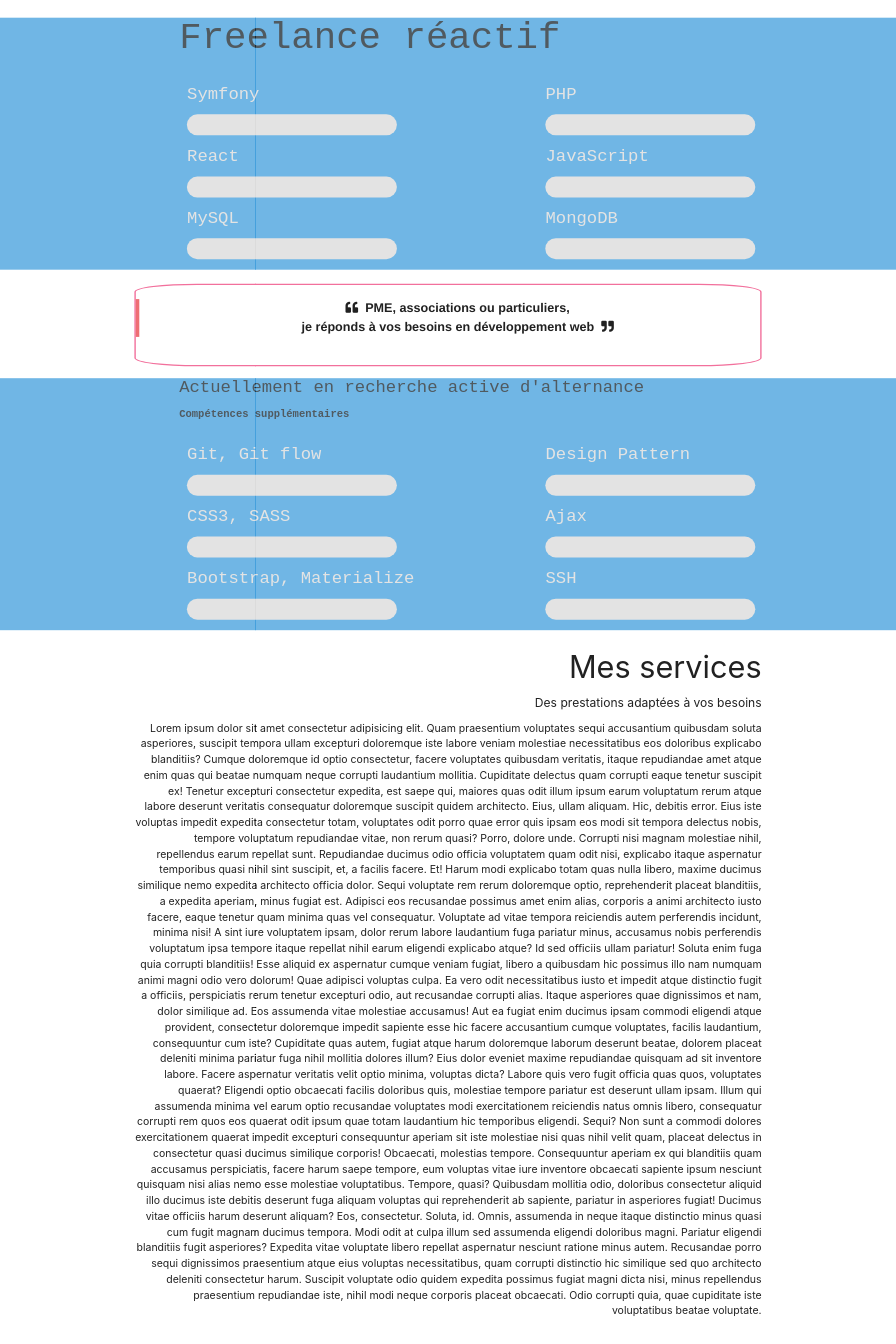
Repository: duncanidaho14/elhad
Page: index.html
An editor plug-in stored every save of this project. The page is shown before and after the next save, followed by the edit.
The browser window is 1280 px wide. The pictures show the part of the page from y = 1895 to 3815 px (the page is 3815 px tall), at 70% of full size.

Above is the page before, as saved 2020-10-25 11:10:50.

### index.html
<!DOCTYPE html>
<html lang="fr">
<head>
<meta charset="UTF-8">
<meta name="viewport" content="width=device-width, initial-scale=1.0">
<meta http-equiv="X-UA-Compatible" content="ie=edge">
<meta name="Description" content="Enter your description here"/>
<!--Import Google Icon Font-->
<link href="https://fonts.googleapis.com/icon?family=Material+Icons" rel="stylesheet">
<!-- Compiled and minified CSS -->
<link rel="stylesheet" href="https://cdnjs.cloudflare.com/ajax/libs/materialize/1.0.0/css/materialize.min.css">

<link rel="stylesheet" href="https://cdnjs.cloudflare.com/ajax/libs/font-awesome/5.15.0/css/all.min.css">
<link rel="stylesheet" href="assets/css/style.css">
<title>CV Elhadi Beddarem</title>
</head>
<body>


    <header>
        <div class="loader">
            <div class="progress">
                <div class="indeterminate"></div>
            </div>
            <div class="preloader-wrapper big active">
                <div class="spinner-layer spinner-blue-only">
                    <div class="circle-clipper left">
                        <div class="circle"></div>
                    </div>
                    <div class="gap-patch">
                        <div class="circle"></div>
                    </div>
                    <div class="circle-clipper right">
                        <div class="circle"></div>
                    </div>
                </div>
            </div>
            <div class="preloader-wrapper big active">
                <div class="spinner-layer spinner-blue-only">
                    <div class="circle-clipper left">
                        <div class="circle"></div>
                    </div>
                    <div class="gap-patch">
                        <div class="circle"></div>
                    </div>
                    <div class="circle-clipper right">
                        <div class="circle"></div>
                    </div>
                </div>
            </div>
            <div class="pre-loaded">

            </div>
        </div>
        <div class="progress">
            <div class="indeterminate"></div>
        </div>


        <nav>
            <div class="nav-wrapper">
                <a href="#!" class="brand-logo">Logo</a>
                <a href="#" data-target="mobile-demo" class="sidenav-trigger"><i class="material-icons">menu</i></a>
                <ul class="right hide-on-med-and-down">
                    <li><a href="quisuisje.html">Qui suis-je ?</a></li>
                    <li><a href="techno.html">Techno</a></li>
                    <li><a href="veilletechno.html">Veille Techno</a></li>
                    <li><a href="contact.html">Contact</a></li>
                </ul>
            </div>
        </nav>

        <ul class="sidenav" id="mobile-demo">
            <li><a href="quisuisje.html">Qui suis-je ?</a></li>
            <li><a href="techno.html">Techno</a></li>
            <li><a href="veilletechno.html">Veille Techno</a></li>
            <li><a href="contact.html">Contact</a></li>
        </ul>

        <ul id="slide-out" class="sidenav">
            <li>
                <div class="user-view">
                    <div class="background">
                        <img src="/assets/img/mysql.png" class="circle">
                    </div>
                    <a href="#user"><img class="circle" src="/assets/img/git.png"></a>
                    <a href="#name"><span class="black-text name">Elhadi Beddarem</span></a>
                    <a href="#email"><span class="black-text email">elhadibeddarem@gmail.com</span></a>
                </div>
            </li>
            <li><a href="https://codeintheshell.fr" target="_blank"><i class="material-icons">cloud</i>Autre site : codeintheshell.fr</a></li>
            <li><a href="https://shtex.fr/">Autre site : shtex.fr</a></li>
            <li><a href="http://shtexworld.fr/">Autre site : shtexworld.fr</a></li>
            <li>
                <div class="divider"></div>
            </li>
            <li><a class="subheader">séparateur</a></li>
            <li><a class="waves-effect" href="#!">Download CV</a></li>
        </ul>
        <a href="#" data-target="slide-out" class="sidenav-trigger"><i class="material-icons">menu</i></a>
    </header>

    <section>
        <figure>
            <div class="parallax-container">
                <div class="parallax"><img src="/assets/img/code.jpg"></div>
            </div>
            <div class="section white">
                <div class="row container">
                    <h1 class="header">Développeur d'application web et mobile</h1>
                    <p class="grey-text text-darken-3 lighten-3">En reconversion professionnelle, autodidacte et passionné. Fort d'une expérience de 4 ans dans le web, j'ai acquis de nombreuses compétences en PHP et JavaScript ...</p>
                    <div class="carousel">
                        <a class="carousel-item" href="#one!"><img src="/assets/img/symfony.png"></a>
                        <a class="carousel-item" href="#two!"><img src="/assets/img/react.png"></a>
                        <a class="carousel-item" href="#three!"><img src="/assets/img/mysql.png"></a>
                        <a class="carousel-item" href="#four!"><img src="/assets/img/git.png"></a>
                        <a class="carousel-item" href="#five!"><img src="/assets/img/javascript.png"></a>
                    </div>
                </div>
            </div>
            <div class="parallax-container">
                <div class="parallax"><img src="/assets/img/code.jpg"></div>
            </div>

        </figure>
        <!-- <div class="anchorUp" onmouseover="afficher();"></div> -->
    </section>

    <section class="container-fluid section1">
        <article class="row article-progress">
                <h2>Freelance réactif</h2>
                <div class="col s6">
                    <h5 class="title-five">Symfony</h5>
                    <div class="progress bar up">
                        <div class="determinate symfony" data-done="70">70%</div>
                    </div>
                    <h5 class="title-five">React</h5>
                    <div class="progress bar up">
                        <div class="determinate react" data-done="50">50%</div>
                    </div>
                    <h5 class="title-five">MySQL</h5>
                    <div class="progress bar up">
                        <div class="determinate mysql" data-done="70">70%</div>
                    </div>
                </div>
                <div class="col s6">
                    <h5 class="title-five">PHP</h5>
                    <div class="progress bar up">
                        <div class="determinate php" data-done="70">70%</div>
                    </div>
                    <h5 class="title-five">JavaScript</h5>
                    <div class="progress bar up">
                        <div class="determinate javascript" data-done="70">70%</div>
                    </div>
                    <h5 class="title-five">MongoDB</h5>
                    <div class="progress bar up">
                        <div class="determinate mongodb" data-done="70">70%</div>
                    </div>
                </div>
        </article>
    </section>

    <section class="container citation">
        <article class="row">
            <blockquote>
                <i class="fa fa-quote-left"></i>&nbsp;&nbsp;PME, associations ou particuliers,<br /> je réponds à vos besoins en développement web&nbsp;&nbsp;<i class="fa fa-quote-right"></i>
            </blockquote>
        </article>
    </section>

    <section class="container-fluid section2">
        <article class="row article-progress">
            <h5>Actuellement en recherche active d'alternance</h5>
            <p>Compétences supplémentaires</p>
                <div class="col s6">
                    <h5 class="title-five">Git, Git flow</h5>
                    <div class="progress bar up">
                        <div class="determinate git" data-done="75">75%</div>
                    </div>
                    <h5 class="title-five">CSS3, SASS</h5>
                    <div class="progress bar up">
                        <div class="determinate sass" data-done="70">70%</div>
                    </div>
                    <h5 class="title-five">Bootstrap, Materialize</h5>
                    <div class="progress bar up">
                        <div class="determinate bootstrap" data-done="90">90%</div>
                    </div>
                </div>
                <div class="col s6">
                    <h5 class="title-five">Design Pattern</h5>
                    <div class="progress bar up">
                        <div class="determinate patern" data-done="70">70%</div>
                    </div>
                    <h5 class="title-five">Ajax</h5>
                    <div class="progress bar up">
                        <div class="determinate ajax" data-done="70">70%</div>
                    </div>
                    <h5 class="title-five">SSH</h5>
                    <div class="progress bar up">
                        <div class="determinate ssh" data-done="70">70%</div>
                    </div>
                </div>
        </article>
    </section>
    <section class="container services">
        <article class="row">
            <h3>Mes services</h3>
            <h6>Des prestations adaptées à vos besoins</h6>
            <p>Lorem ipsum dolor sit amet consectetur adipisicing elit. Quam praesentium voluptates sequi accusantium quibusdam soluta asperiores, suscipit tempora ullam excepturi doloremque iste labore veniam molestiae necessitatibus eos doloribus explicabo blanditiis?
            Cumque doloremque id optio consectetur, facere voluptates quibusdam veritatis, itaque repudiandae amet atque enim quas qui beatae numquam neque corrupti laudantium mollitia. Cupiditate delectus quam corrupti eaque tenetur suscipit ex!
            Tenetur excepturi consectetur expedita, est saepe qui, maiores quas odit illum ipsum earum voluptatum rerum atque labore deserunt veritatis consequatur doloremque suscipit quidem architecto. Eius, ullam aliquam. Hic, debitis error.
            Eius iste voluptas impedit expedita consectetur totam, voluptates odit porro quae error quis ipsam eos modi sit tempora delectus nobis, tempore voluptatum repudiandae vitae, non rerum quasi? Porro, dolore unde.
            Corrupti nisi magnam molestiae nihil, repellendus earum repellat sunt. Repudiandae ducimus odio officia voluptatem quam odit nisi, explicabo itaque aspernatur temporibus quasi nihil sint suscipit, et, a facilis facere. Et!
            Harum modi explicabo totam quas nulla libero, maxime ducimus similique nemo expedita architecto officia dolor. Sequi voluptate rem rerum doloremque optio, reprehenderit placeat blanditiis, a expedita aperiam, minus fugiat est.
            Adipisci eos recusandae possimus amet enim alias, corporis a animi architecto iusto facere, eaque tenetur quam minima quas vel consequatur. Voluptate ad vitae tempora reiciendis autem perferendis incidunt, minima nisi!
            A sint iure voluptatem ipsam, dolor rerum labore laudantium fuga pariatur minus, accusamus nobis perferendis voluptatum ipsa tempore itaque repellat nihil earum eligendi explicabo atque? Id sed officiis ullam pariatur!
            Soluta enim fuga quia corrupti blanditiis! Esse aliquid ex aspernatur cumque veniam fugiat, libero a quibusdam hic possimus illo nam numquam animi magni odio vero dolorum! Quae adipisci voluptas culpa.
            Ea vero odit necessitatibus iusto et impedit atque distinctio fugit a officiis, perspiciatis rerum tenetur excepturi odio, aut recusandae corrupti alias. Itaque asperiores quae dignissimos et nam, dolor similique ad.
            Eos assumenda vitae molestiae accusamus! Aut ea fugiat enim ducimus ipsam commodi eligendi atque provident, consectetur doloremque impedit sapiente esse hic facere accusantium cumque voluptates, facilis laudantium, consequuntur cum iste?
            Cupiditate quas autem, fugiat atque harum doloremque laborum deserunt beatae, dolorem placeat deleniti minima pariatur fuga nihil mollitia dolores illum? Eius dolor eveniet maxime repudiandae quisquam ad sit inventore labore.
            Facere aspernatur veritatis velit optio minima, voluptas dicta? Labore quis vero fugit officia quas quos, voluptates quaerat? Eligendi optio obcaecati facilis doloribus quis, molestiae tempore pariatur est deserunt ullam ipsam.
            Illum qui assumenda minima vel earum optio recusandae voluptates modi exercitationem reiciendis natus omnis libero, consequatur corrupti rem quos eos quaerat odit ipsum quae totam laudantium hic temporibus eligendi. Sequi?
            Non sunt a commodi dolores exercitationem quaerat impedit excepturi consequuntur aperiam sit iste molestiae nisi quas nihil velit quam, placeat delectus in consectetur quasi ducimus similique corporis! Obcaecati, molestias tempore.
            Consequuntur aperiam ex qui blanditiis quam accusamus perspiciatis, facere harum saepe tempore, eum voluptas vitae iure inventore obcaecati sapiente ipsum nesciunt quisquam nisi alias nemo esse molestiae voluptatibus. Tempore, quasi?
            Quibusdam mollitia odio, doloribus consectetur aliquid illo ducimus iste debitis deserunt fuga aliquam voluptas qui reprehenderit ab sapiente, pariatur in asperiores fugiat! Ducimus vitae officiis harum deserunt aliquam? Eos, consectetur.
            Soluta, id. Omnis, assumenda in neque itaque distinctio minus quasi cum fugit magnam ducimus tempora. Modi odit at culpa illum sed assumenda eligendi doloribus magni. Pariatur eligendi blanditiis fugit asperiores?
            Expedita vitae voluptate libero repellat aspernatur nesciunt ratione minus autem. Recusandae porro sequi dignissimos praesentium atque eius voluptas necessitatibus, quam corrupti distinctio hic similique sed quo architecto deleniti consectetur harum.
            Suscipit voluptate odio quidem expedita possimus fugiat magni dicta nisi, minus repellendus praesentium repudiandae iste, nihil modi neque corporis placeat obcaecati. Odio corrupti quia, quae cupiditate iste voluptatibus beatae voluptate.</p>
        </article>
    </section>

<script src="https://cdnjs.cloudflare.com/ajax/libs/jquery/3.5.1/jquery.min.js"></script>
<script src="https://cdnjs.cloudflare.com/ajax/libs/popper.js/1.16.1/umd/popper.min.js"></script>
<!-- Compiled and minified JavaScript -->
<script src="https://cdnjs.cloudflare.com/ajax/libs/materialize/1.0.0/js/materialize.min.js"></script>
<script src="assets/js/index.js"></script>
</body>
</html>

### assets/css/style.css
.pre-loaded {
    border: 16px solid #f3f3f3;
    /* Light grey */
    border-top: 16px solid #3498db;
    /* Blue */
    border-radius: 50%;
    width: 120px;
    height: 120px;
    animation: spin 2s linear infinite;
}

@keyframes spin {
    0% {
        transform: rotate(0deg);
    }

    100% {
        transform: rotate(360deg);
    }
}

@keyframes slideIn {
  from {
    left: 0%;
    width: 170px;
  }

  to {
    right: 70%;
    width: 170px;
  }
}

.section1 {
    display: none;
}

.section2 {
    display: none;
}

.progress {
    background-color: #d8d8d8;
	border-radius: 20px;
	position: relative;
	margin: 15px 0;
	height: 30px;
	width: 300px;
}

.determinate {
    background: linear-gradient(to left, #F2709C, #FF9472);
	box-shadow: 0 3px 3px -5px #F2709C, 0 2px 5px #F2709C;
	border-radius: 20px;
	color: #fff;
	display: flex;
	align-items: center;
	justify-content: center;
	height: 100%;
	width: 0;
	opacity: 0;
	transition: 1s ease 0.3s;
}

.article-progress {
    background-color: #3498db;
    padding-left: 20%;
    font-family: 'Courier New', Courier, monospace;
    font-weight: bolder;
}

@media screen and (max-width: 1040px) {
    .article-progress {
        background-color: #3498db;
        padding-left: 5%;
    }
}

.title-five {
    color: #d8d8d8;
}

.citation {
    font-family: 'Franklin Gothic Medium', 'Arial Narrow', Arial, sans-serif;
    text-align: center;
    font-weight: bold;
    font-size: larger;
    border: 2px solid #F2709C;
    border-radius: 10%;

}

.services {
    text-align: right;
}

### assets/js/index.js
$(document).ready(function () {
    $('.sidenav').sidenav();
    $('.carousel').carousel();
    $('.parallax').parallax();
    $('.loader').fadeOut("slow", function() {

    });
    $('.section1').fadeIn(10000, function() {
        show();
    });
    $('.section2').fadeIn(10000, function () {
        show2();
    });
});

const progressSymfony = document.querySelector('.determinate.symfony');
const progressReact = document.querySelector('.determinate.react');
const progressMysql = document.querySelector('.determinate.mysql');
const progressPhp = document.querySelector('.determinate.php');
const progressJavascript = document.querySelector('.determinate.javascript');
const progressMongodb = document.querySelector('.determinate.mongodb');
const articleProgress = document.querySelector('.article-progress');


function show() {
   setTimeout(() => {
        progressSymfony.style.width = progressSymfony.getAttribute('data-done') + '%';
        progressSymfony.style.opacity = 1;

        progressReact.style.width = progressReact.getAttribute('data-done') + '%';
        progressReact.style.opacity = 1;

        progressMysql.style.width = progressMysql.getAttribute('data-done') + '%';
        progressMysql.style.opacity = 1;

        progressPhp.style.width = progressPhp.getAttribute('data-done') + '%';
        progressPhp.style.opacity = 1;

        progressJavascript.style.width = progressJavascript.getAttribute('data-done') + '%';
        progressJavascript.style.opacity = 1;

        progressMongodb.style.width = progressMongodb.getAttribute('data-done') + '%';
        progressMongodb.style.opacity = 1;

    }, 2500);
}

const progressGit = document.querySelector('.git');
const progressSass = document.querySelector('.sass');
const progressBootstrap = document.querySelector('.bootstrap');
const progressPatern = document.querySelector('.patern');
const progressAjax = document.querySelector('.ajax');
const progressSsh = document.querySelector('.ssh');

function show2() {
    setTimeout(() => {
        progressGit.style.width = progressGit.getAttribute('data-done') + '%';
        progressGit.style.opacity = 1;

        progressSass.style.width = progressSass.getAttribute('data-done') + '%';
        progressSass.style.opacity = 1;

        progressBootstrap.style.width = progressBootstrap.getAttribute('data-done') + '%';
        progressBootstrap.style.opacity = 1;

        progressPatern.style.width = progressPatern.getAttribute('data-done') + '%';
        progressPatern.style.opacity = 1;

        progressAjax.style.width = progressAjax.getAttribute('data-done') + '%';
        progressAjax.style.opacity = 1;

        progressSsh.style.width = progressSsh.getAttribute('data-done') + '%';
        progressSsh.style.opacity = 1;

    }, 2500);
}

After the next save:
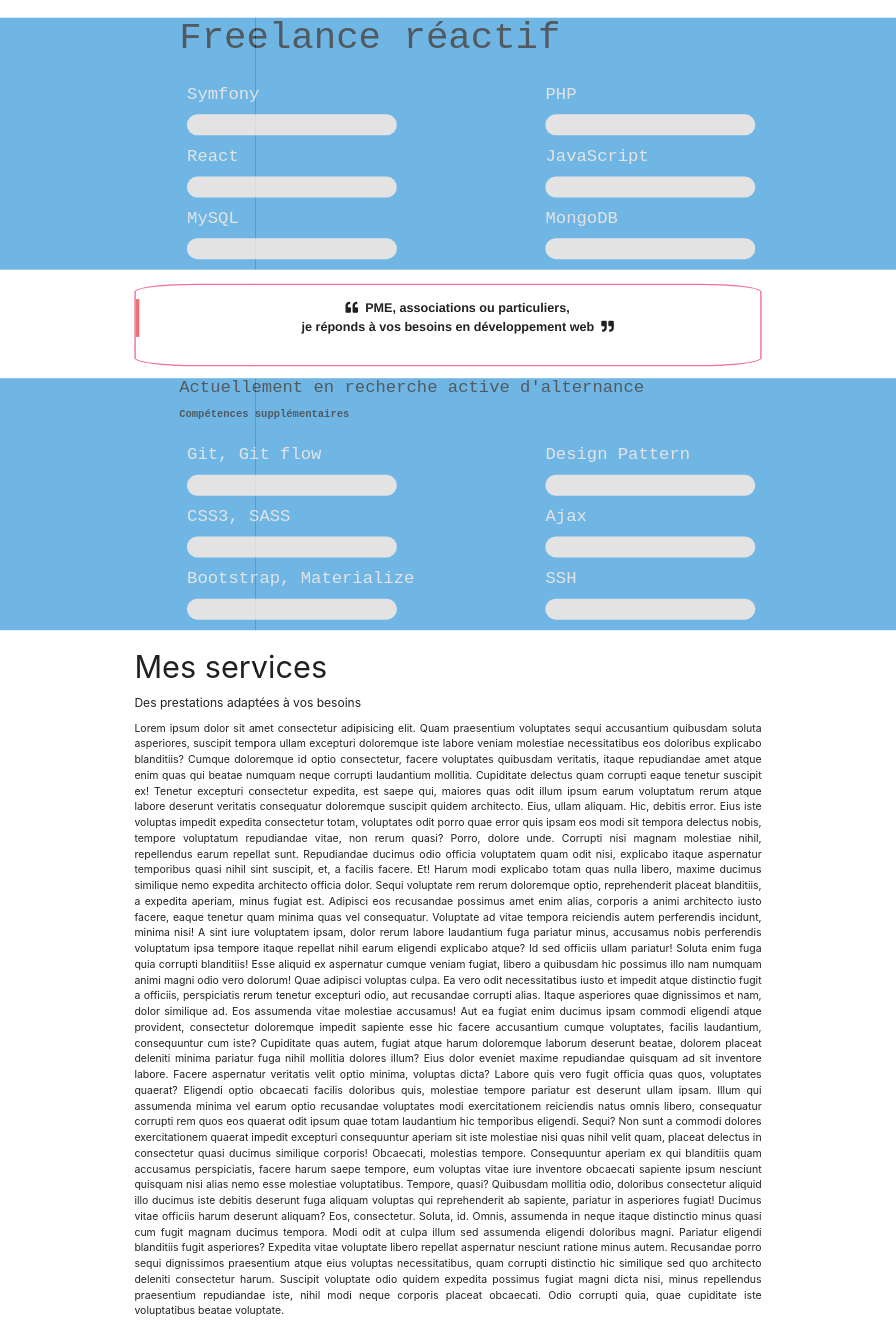
Saved 14 s later.
--- a/assets/css/style.css
+++ b/assets/css/style.css
@@ -91,5 +91,5 @@
 }
 
 .services {
-    text-align: right;
+    text-align: justify;
 }
